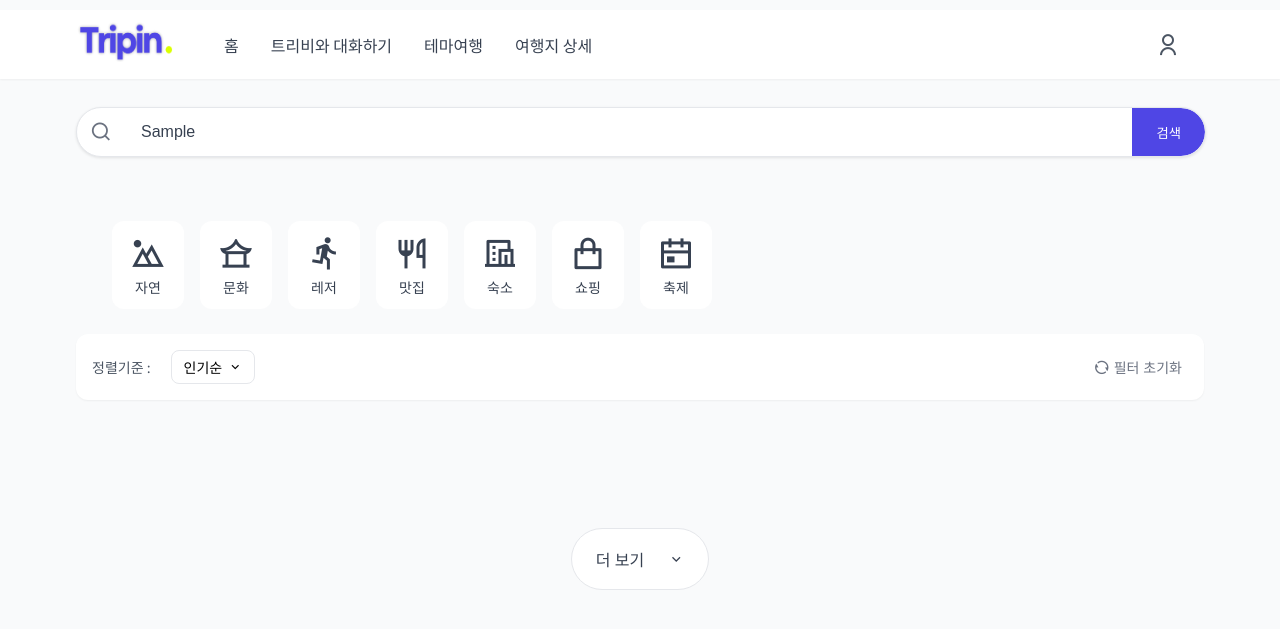
Repository: ict-mid-project/Place
Page: http://localhost/tripin/WEB-INF/views/place_list.jsp
An editor plug-in stored every save of this project. The page is shown before and after the next save, followed by the edit.
The browser window is 1280 px wide. The pictures show the whole page.
Empty fields were first filled with sample values (such as "Sample", 5 or name@example.com).
After loading, the first visible `button.theme-button` was clicked once.
Some web libraries are served in a nearby version. The page is served by Tomcat 9. Nobody is signed in. Other server files are loaded and not shown. The template is opened directly, without the code that normally fills it, so the values that code supplies are empty.

Above is the page before, as saved 2025-05-14 03:32:10.

### tripin/src/main/webapp/WEB-INF/views/place_list.jsp
<%@ page language="java" contentType="text/html; charset=UTF-8"
    pageEncoding="UTF-8"%>
<%@ taglib prefix='c' uri="http://java.sun.com/jsp/jstl/core" %>
<!DOCTYPE html>
<html>
<head>
<meta charset="UTF-8">
<title>Tripin - 여행지 검색</title>
<!-- css파일연결 -->
<link href="/tripin/resources/css/css_place_list.css" rel="stylesheet" type="text/css">
<!-- Pacifico 폰트 링크 -->
<link href="https://fonts.googleapis.com/css2?family=Pacifico&display=swap" rel="stylesheet">
<!-- Noto Sans KR 폰트 링크 -->
<link href="https://fonts.googleapis.com/css2?family=Noto+Sans+KR:wght@300;400;500;700&amp;display=swap" rel="stylesheet">
<!-- Remix icon 아이콘 폰트 라이브러리 -->
<link rel="stylesheet" href="https://cdnjs.cloudflare.com/ajax/libs/remixicon/4.6.0/remixicon.min.css">
<!-- jquery -->
<script src="https://ajax.googleapis.com/ajax/libs/jquery/3.7.1/jquery.min.js"></script>
<!-- js파일 -->
<script type="text/javascript" src="/tripin/resources/js/place_list.js"></script>
<!-- favicon -->
<link rel="icon" href="/tripin/resources/img/favicon.ico">

</head>
<body>
  <!-- 헤더 -->
  <header class="place_list_header">
    <div class="container">
      <!-- 타이틀 -->
      <div class="left-header">
	      <a href="#" class="main_title">
	      	<img class="logo" src="/tripin/resources/img/tripin_logo.png">
	      </a>
	      <nav class="main-nav">
	      	<a href="#" class="home">홈</a>
	      	<a href="#" class="trivy">트리비와 대화하기</a>
	      	<a href="place_list" class="theme">테마여행</a>
	      	<a href="#" class="detail">여행지 상세</a>
	      </nav>
      </div>
    <div class="icon-group">
      <button class="icon-button">
        <i class="ri-user-line"></i>
      </button>
    </div>
    </div>
  </header>

  <!-- 메인 -->
  <main class="container column-layout">
  <div>
  <!-- 검색창 -->
    <section class="search-section full-width">
       <form action="">
   		<div class="search-box">
	        <div class="search-icon">
	          <i class="ri-search-line ri-lg"></i>
	        </div>
	        <input type="text" class="search-input" name="searchKeyword" placeholder="여행지, 명소, 체험 검색">
	        <input class="search-button" type="submit" value="검색">
   		</div>
	  </form>
      <!-- <form action="fetch" method="get">
      	<button type="submit">최신여행정보 불러오기</button>
      </form> -->
    </section>
  </div>
  <!-- 테마 필터 -->
  <div class="theme-filter-wrapper scroll-container">
  	<div class="theme-filter-scroll">
  		<button class="theme-button">
  			<div class="theme-icon">
  				<i class="ri-landscape-line ri-xl"></i>
  			</div>
  			<span data-value="1">자연</span>
  		</button>
  		<button class="theme-button">
  			<div class="theme-icon">
  				<i class="ri-ancient-pavilion-line ri-xl"></i>
  			</div>
  			<span data-value="2">문화</span>
  		</button>
  		<button class="theme-button">
  			<div class="theme-icon">
  				<i class="ri-run-line ri-xl"></i>
  			</div>
  			<span data-value="3">레저</span>
  		</button>
  		<button class="theme-button">
  			<div class="theme-icon">
  				<i class="ri-restaurant-line ri-xl"></i>
  			</div>
  			<span data-value="4">맛집</span>
  		</button>
  		<button class="theme-button">
  			<div class="theme-icon">
  				<i class="ri-hotel-line ri-xl"></i>
  			</div>
  			<span data-value="5">숙소</span>
  		</button>
  		<button class="theme-button">
  			<div class="theme-icon">
  				<i class="ri-shopping-bag-line ri-xl"></i>
  			</div>
  			<span data-value="6">쇼핑</span>
  		</button>
  		<button class="theme-button">
  			<div class="theme-icon">
  				<i class="ri-calendar-event-line ri-xl"></i>
  			</div>
  			<span data-value="7">축제</span>
  		</button>
  	</div>
  </div>

  <!-- 필터옵션 -->
  <section class="filter-bar">

  	<div class="filter-left">
  		<span class="filter-label">정렬기준 : </span>
  		<div class="sort-dropdown">
  			<button class="sort-button"  id="sort-button" type="button">
  				<span id="selectedSort">
  					<c:choose>
  						<c:when test="${param.sort == '최신순'}">최신순</c:when>
  						<c:otherwise>인기순</c:otherwise>
  					</c:choose>
  				</span>
  				<i class="ri-arrow-down-s-line"></i>
  			</button>
  			<div class="dropdown-menu" id="dropdown-menu">
  				<div class="dropdown-item" data-value="인기순">인기순</div>
  				<div class="dropdown-item" data-value="최신순">최신순</div>
  			</div>
  		</div>
  	</div>
  	<form action="place_list" method="get" id="filter-form">
	  	<input type="hidden" name="theme_id" id="theme_id">
	  	<input type="hidden" name="sort" id="sort">
  	</form>
	<div class="filter-right">
		<button class="reset-button" onclick="location.href='place_list.do'">
			<i class="ri-refresh-line reset-icon"></i>
			<span>필터 초기화</span>
		</button>
	</div>
  </section>
  <!-- 검색 결과 목록 : db연결 -->
  <section class="result-bar">
  	<!-- 여행지카드 -->
  	<c:forEach var="place" items="${placeList}">
	  	<div class="place-card" data-dest-id="${place.dest_id}">
	  	<!-- 이미지 유무 -->
	  	<c:choose>
	  		<c:when test="${empty place.repr_img_url}">
	  			<div class="skeleton-img shimmer"></div>
	  		</c:when>
	  		<c:otherwise>
		  		<img  class="place-img"
		  		src="${place.repr_img_url}"
		  		alt="${place.dest_name}">
	  		</c:otherwise>
	  	</c:choose>
	  	<c:choose>
	  		<c:when test="${empty place.user_id}">
	  			<button class="bookmark" type="button">
	 	 			<i class="ri-heart-line"></i>
	  			</button>
	  		</c:when>
	  		<c:when test="${place.user_id == session.scope and place.bookmarked == true}">
	  			<button class="bookmark" type="button">
	 	 			<i class="ri-heart-fill text-red-500"></i>
	  			</button>
	  		</c:when>
	  	</c:choose>
	  		<div class="place-content">
	  			<h3 class="place-title">${place.dest_name}</h3>
	  			<p class="place-text">${place.rel_keywords}</p>
	  		</div>
	  		<div class="place-info">
	            <div class="place-info-left">
	                <div class="map-pin">
	                    <i class="ri-map-pin-line"></i>
	                </div>
	                <span>${place.full_address}</span>
	            </div>
	            <div class="place-info-right">
	                <div class="star">
	                    <i class="ri-star-fill"></i>
	                </div>
	                <span class="place-rate">4.8</span>
	                <span class="place-review-cnt">(256)</span>
	            </div>
	        </div>
	  	</div>
  	</c:forEach>
  </section>
  <!-- 더 불러오기 버튼 -->
  <div class="load-more-wrapper">
  	<button class="load-more-btn">
  		<span class="load-more-text">더 보기</span>
  		<div class="load-more-icon">
  			<i class="ri-arrow-down-s-line"></i>
  		</div>
  	</button>


  </div>
  </main>


</body>
</html>

### tripin/src/main/webapp/resources/css/css_place_list.css
/* 공통 container */
.container {
  max-width: 1200px;
  margin: 0 auto;
  padding: 12px 36px;
  display: flex;
  align-items: center;
  justify-content: space-between;
  width: 100%;
  box-sizing: border-box;
}

/* column용 레이아웃: 검색창 등 */
.column-layout {
  flex-direction: column;
  display : flex;
  gap: 24px;
  align-items: stretch;
}

/* 헤더 */
.place_list_header {
  background: white;
  position: sticky;
  top: 0;
  left: 0;
  right: 0;
  z-index: 10;
  box-shadow: 0 1px 2px 0 rgba(0, 0, 0, 0.05);
}

.left-header {
  display: flex;
  align-items: center;
  gap : 16px;
}

/* 배경 및 기본 폰트 */
body {
  font-family: 'Noto Sans KR', sans-serif;
  background-color: #f9fafb;
  margin: 0;
  padding-top: 10px; /* 헤더 높이만큼 여백 */
}

/* Tripin logo */
.logo {
	width : 100px;
	height : 40px;
	align : center;
}

/* .main_title {
  font-size: 36px;
  font-family: 'Pacifico', cursive;
  color: #4F46E5;
  margin-right: 12px;
  text-decoration: none;
}
 */
/* 네비게이션 바 */
.main-nav {
  margin-left: 16px;
  display: flex;
}

.main-nav {
  	display: flex;
  	align-items: flex-start;
  }

  .main-nav a {
    padding: 0.5rem 1rem;
    color: #374151;
    font-weight: 500;
    text-decoration: none;
    transition: color 0.2s ease-in-out;
  }

  .main-nav a:hover {
    color: #4F46E5;
  }

@media (max-width: 768px) {
  .main-nav {
  	writhing-mode: vertical-rl;
  	align-items: flex-start;
  }

  .main-nav a {
    padding: 0.5rem 1rem;
    color: #374151;
    font-weight: 500;
    text-decoration: none;
    transition: color 0.2s ease-in-out;
  }

  .main-nav a:hover {
    color: #4F46E5;
  }
}

/* 사용자 아이콘 그룹 */
.icon-group {
  display: flex;
  align-items: center;
  gap: 16px;
  padding-right: 16px;
}

.icon-button {
  color: #4B5563;
  display: flex;
  align-items: center;
  justify-content: center;
  width: 40px;
  height: 40px;
  background: none;
  border: none;
  cursor: pointer;
}

.ri-user-line {
  font-size: 24px;
}

/* 검색창 */
.search-section {
  margin-top: 1rem;
  margin-bottom: 1.5rem;
}

.search-box {
  display: flex;
  align-items: center;
  background-color: white;
  border-radius: 9999px;
  border: 1px solid #E5E7EB;
  box-shadow: 0 1px 3px rgba(0, 0, 0, 0.1);
  overflow: hidden;
  height: 48px;
  width: 100%;
}

.search-icon {
  display: flex;
  align-items: center;
  justify-content: center;
  width: 48px;
  height: 48px;
  color: #6B7280;
}


.search-input {
  flex: 1;
  padding: 12px 16px;
  border: none;
  color: #374151;
  font-size: 1rem;
  outline: none;
  height: 100%;
  min-width: 0;
}

.search-button {
  background-color: #4F46E5;
  color: white;
  padding: 12px 24px;
  border: none;
  height: 100%;
  border-radius: 0 9999px 9999px 0;
  cursor: pointer;
  white-space: nowrap;
  flex-shrink: 0;
}

/* 테마버튼 */
.theme-filter-wrapper {
	margin-top: 1rem;
	padding-bottom: 0.5rem;
	overflow-x: auto;
}

.theme-filter-scroll {
  display: flex;
  gap: 1rem;
  min-width: max-content;
  padding: 0 36px;
  box-sizing: border-box;
}

/* 버튼 스타일 */
.theme-button {
  display: flex;
  flex-direction: column;
  align-items: center;
  justify-content: center;
  padding: 12px 16px;
  background-color: white;
  border-radius: 12px;
  border: none;
  cursor: pointer;
  font-family: 'Noto Sans KR', sans-serif;
  color: #374151;
  font-size: 0.875rem;
  font-weight: 500;
  transition: background-color 0.2s, color 0.2s;
}

/* 선택된 버튼에만 적용될 스타일 (JS에서 active 클래스로 토글) */
.theme-button.active {
  background-color: rgba(79, 70, 229, 0.1); /* bg-primary with opacity */
  color: #4F46E5;
}

/* 아이콘 영역 */
.theme-icon {
  width: 40px;
  height: 40px;
  margin-bottom: 4px;
  display: flex;
  align-items: center;
  justify-content: center;
  font-size: 24px;
}

.scroll-container {
	overflow-x : auto;
	white-space: nowrap;
	padding-bottom: 1px;
}

/* 스크롤 영역 전체 */
.scroll-container::-webkit-scrollbar {
  height: 3px;       /* 가로 스크롤 높이 */

}

/* 스크롤바 트랙 (배경) */
.scroll-container::-webkit-scrollbar-track {
  background: transparent;
}

/* 스크롤바 썸(잡는 부분) */
.scroll-container::-webkit-scrollbar-thumb {
  background-color: #d4d4d4;
  border-radius: 4px;
}

/* 마우스로 클릭할 때 */
.scroll-container::-webkit-scrollbar-thumb:hover {
  background-color: #a8a8a8;
}

/* 필터옵션영역 */
.filter-bar {
  display: flex;
  align-items: center;
  justify-content: space-between;
  background-color: white;
  padding: 16px;
  border-radius: 12px;
  box-shadow: 0 1px 2px rgba(0, 0, 0, 0.05);
  margin-bottom: 24px;
}

.filter-left {
  display: flex;
  align-items: center;
  gap: 12px;
}

.filter-label {
  color: #4B5563;
  margin-right: 8px;
  font-size: 14px;
}

.sort-dropdown {
  position: relative;
}

.sort-button {
  display: flex;
  align-items: center;
  background-color: white;
  border: 1px solid #E5E7EB;
  border-radius: 8px;
  padding: 6px 12px;
  cursor: pointer;
  font-size: 14px;
  white-space: nowrap;
  gap: 6px;
}
/* 드롭다운 */
.dropdown-menu {
  position: absolute;
  top: 110%;
  left: 0;
  width: 100%;
  background-color: white;
  border: 1px solid #E5E7EB;
  border-radius: 8px;
  box-shadow: 0 4px 8px rgba(0,0,0,0.05);
  display: none;
  z-index: 100;
}

.dropdown-item {
  padding: 8px 12px;
  cursor: pointer;
  font-size: 14px;
}

.dropdown-item:hover {
  background-color: #F3F4F6;
}

.filter-tag {
  margin-left: 12px;
  display: flex;
  align-items: center;
  background-color: rgba(79, 70, 229, 0.1);
  color: #4F46E5;
  padding: 4px 12px;
  border-radius: 9999px;
  font-size: 13px;
  gap: 0px;
}

.filter-close {
  margin-left: 6px;
  background: none;
  border: none;
  cursor: pointer;
  display: flex;
  align-items: center;
  width: 16px;
  height: 16px;
}

.reset-button {
  display: flex;
  align-items: center;
  font-size: 14px;
  color: #6B7280;
  background: none;
  border: none;
  cursor: pointer;
  gap: 4px;
}

.reset-icon {
  font-size: 16px;
}

/* 결과 리스트 전체 */
.result-bar {
  display: grid;
  grid-template-columns: 1fr;
  gap: 24px;
  margin-top: 24px;
}

@media (min-width: 768px) {
  .result-bar {
    grid-template-columns: 1fr 1fr;
  }
}

/* 카드 전체 박스 */
.place-card {
  background-color: white;
  border-radius: 12px;
  overflow: hidden;
  box-shadow: 0 4px 12px rgba(0, 0, 0, 0.05);
  position: relative;
  display: flex;
  flex-direction: column;
  cursor : pointer;
}

/* 이미지 영역 */
.place-img {
  width: 100%;
  height: 192px; /* 48px × 4 */
  object-fit: cover;
  object-position: top;
  display: block;
}

/* 이미지값 null인 경우 */
.skeleton-img {
  width: 100%;
  height: 192px;
  background-color: #f0f0f0;
  border-radius: 8px;
  animation : shimmer 1.5s infinite;
}


/* 찜 버튼 */
.bookmark {
  position: absolute;
  top: 12px;
  right: 12px;
  background-color: rgba(255, 255, 255, 0.8);
  border: none;
  border-radius: 50%;
  width: 32px;
  height: 32px;
  display: flex;
  align-items: center;
  justify-content: center;
  cursor: pointer;
}

/* 본문 컨텐츠 */
.place-content {
  padding: 16px;
}

.place-title {
  font-size: 18px;
  font-weight: bold;
  margin-bottom: 6px;
  color: #111827;
}

.place-text {
  font-size: 14px;
  color: #6B7280;
  line-height: 1.4;
}

/* 하단 정보 라인 */
.place-info {
  display: flex;
  justify-content: space-between;
  align-items: center;
  padding: 0 16px 16px;
  font-size: 13px;
  color: #6B7280;
}

/* 왼쪽: 위치 */
.place-info-left {
  display: flex;
  align-items: center;
}

.map-pin {
  display: flex;
  align-items: center;
  justify-content: center;
  margin-right: 4px;
}

/* 오른쪽: 별점 */
.place-info-right {
  display: flex;
  align-items: center;
}

.star {
  color: #FBBF24; /* yellow-400 */
  display: flex;
  align-items: center;
  margin-right: 4px;
}

.place-rate {
  font-weight: 500;
  margin-right: 4px;
  color: #374151;
}

.place-review-cnt {
  color: #9CA3AF;
}

.text-red-500 {
  color: #ef4444;
}

/* 더보기버튼 */
.load-more-btn {
    background-color: white;
    border: 1px solid #e5e7eb;
    color: #374151;
    padding: 12px 12px;
    border-radius: 9999px;
    white-space: nowrap;
    display: flex;
    align-items: center;
    cursor: pointer;
    font-size: 16px;
}

.load-more-wrapper {
	display: flex;
	justify-content: center;
	padding: 32px 16px;
}

.load-more-icon {
	padding: 6px 12px;
	display: flex;
  	align-items: center;
}

.load-more-text {
	padding: 6px 12px;
	display: flex;
  	align-items: center;
}

### tripin/src/main/webapp/resources/js/place_list.js
$(function(){
	$('.theme-button').on('click', function(){

		$(this).addClass('actiove');

	})

})

After the next save:
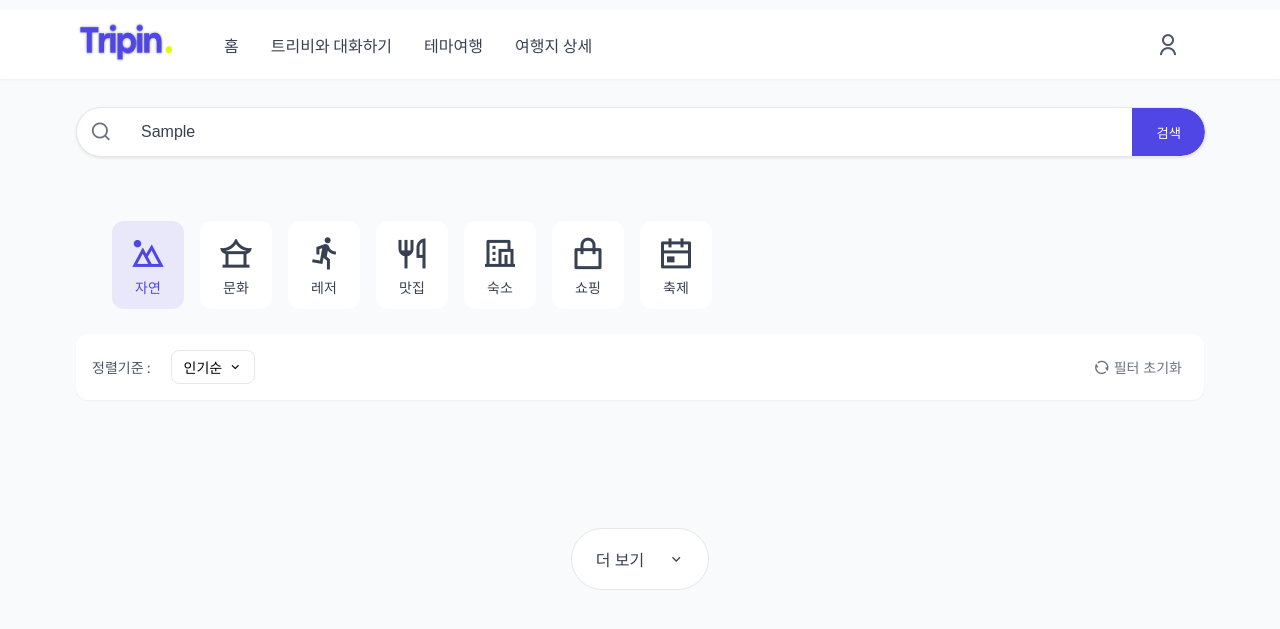
Saved 5 s later.
--- a/tripin/src/main/webapp/resources/js/place_list.js
+++ b/tripin/src/main/webapp/resources/js/place_list.js
@@ -1,7 +1,7 @@
 $(function(){
 	$('.theme-button').on('click', function(){
 
-		$(this).addClass('actiove');
+		$(this).addClass('active');
 
 	})
 
